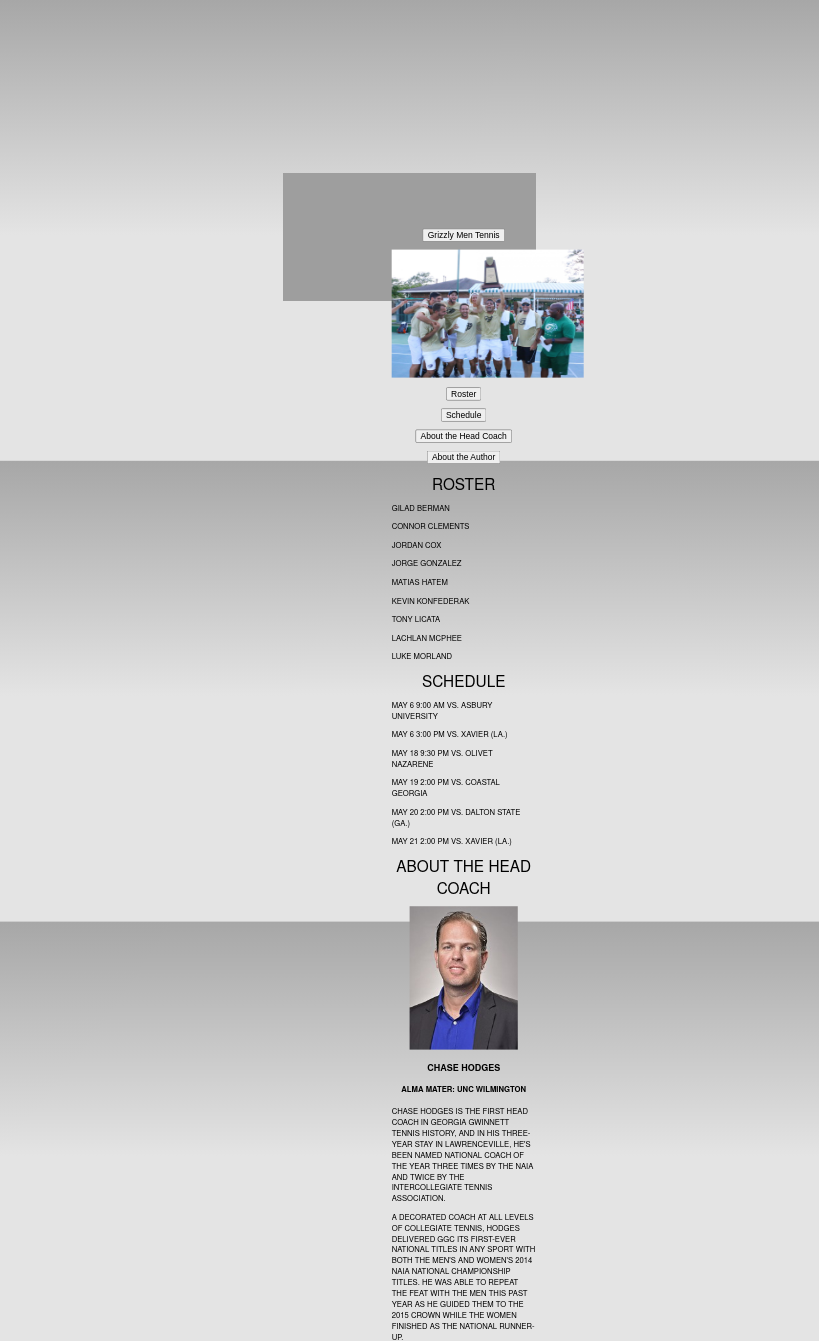
Repository: qtran3/itec4550
Page: EXAM1/TennisAppWebView/index.html
These files come from the project's save history. The page is drawn as it stood at one moment and after the next save; the edit follows.
The browser window is 1280 px wide. The pictures show the whole page, at 64% of full size.
Pictures or frames that could not be fetched are drawn as grey boxes. Backgrounds fixed to the window are drawn as part of the page.

Above is the page before, as saved 2016-06-01 16:50:35.

### EXAM1/TennisAppWebView/index.html
<!DOCTYPE html>
<!--
    Licensed to the Apache Software Foundation (ASF) under one
    or more contributor license agreements.  See the NOTICE file
    distributed with this work for additional information
    regarding copyright ownership.  The ASF licenses this file
    to you under the Apache License, Version 2.0 (the
    "License"); you may not use this file except in compliance
    with the License.  You may obtain a copy of the License at

    http://www.apache.org/licenses/LICENSE-2.0

    Unless required by applicable law or agreed to in writing,
    software distributed under the License is distributed on an
    "AS IS" BASIS, WITHOUT WARRANTIES OR CONDITIONS OF ANY
     KIND, either express or implied.  See the License for the
    specific language governing permissions and limitations
    under the License.
-->
<html>
    <head>
        <!--
        Customize this policy to fit your own app's needs. For more guidance, see:
            https://github.com/apache/cordova-plugin-whitelist/blob/master/README.md#content-security-policy
        Some notes:
            * gap: is required only on iOS (when using UIWebView) and is needed for JS->native communication
            * https://ssl.gstatic.com is required only on Android and is needed for TalkBack to function properly
            * Disables use of inline scripts in order to mitigate risk of XSS vulnerabilities. To change this:
                * Enable inline JS: add 'unsafe-inline' to default-src
        -->
        <meta http-equiv="Content-Security-Policy" content="default-src 'self' data: gap: https://ssl.gstatic.com 'unsafe-eval'; style-src 'self' 'unsafe-inline'; media-src *">
        <meta name="format-detection" content="telephone=no">
        <meta name="msapplication-tap-highlight" content="no">
        <meta name="viewport" content="user-scalable=no, initial-scale=1, maximum-scale=1, minimum-scale=1, width=device-width">
        <link rel="stylesheet" type="text/css" href="css/index.css">
        <title>Grizzly Men Tennis</title>
    </head>
    <body>
        <div class="app">
        	<div id="mainPage" align="center">
            	<p> <button id="homePagebuutton">Grizzly Men Tennis</button></p>
				<p>
				  <img src="img/Tennis-10.jpg" height="200px" width="300px" />
				</p>
				<p>
					<button id="rosterButton">Roster</button>
				</p>
				<p>
					<button id="scheduleButton">Schedule</button>
				</p>
				<p>
					<button id="coachButton">About the Head Coach</button>
				</p>
				<p>
					<button id="authorButton">About the Author</button>
				</p>
			</div>

			<div id="rosterPage">
				<h1 align="center">Roster</h1>
				<div align="left">
					<p>Gilad Berman</p>
					<p>Connor Clements</p>
					<p>Jordan Cox</p>
					<p>Jorge Gonzalez</p>
					<p>Matias Hatem</p>
					<p>Kevin Konfederak</p>
					<p>Tony Licata</p>
					<p>Lachlan McPhee</p>
					<p>Luke Morland</p>
				</div>

				<div id="schedulePage">
					<h1 align="center"> Schedule</h1>
					<div align="left">
						<p>May  6 9:00 AM	 vs. Asbury University</p>
						<p>May  6 3:00 PM	 vs. Xavier (La.)</p>
						<p>May 18 9:30 PM	 vs. Olivet Nazarene </p>
						<p>May 19 2:00 PM	 vs. Coastal Georgia</p>
						<p>May 20 2:00 PM	 vs. Dalton State (Ga.)</p>
						<p>May 21 2:00 PM	 vs. Xavier (La.)</p>
					</div>
				</div>

				<div id="coachPage">
					<h1 align="center">About the Head Coach</h1>
					<p>
						<img src="img/chase_hodges_1142_mtn.jpg"/>
					</p>
					<h3 align="center">Chase Hodges</h3>
					<h4 align="center">ALMA MATER: UNC WILMINGTON</h4>
					<p align="left">	Chase Hodges is the first head coach in Georgia Gwinnett tennis history, and in his three-year stay in Lawrenceville, he's been named national coach of the year three times by the NAIA and twice by the Intercollegiate Tennis Association. </p>
					<p align="left">	A decorated coach at all levels of collegiate tennis, Hodges delivered GGC its first-ever national titles in any sport with both the Men's and Women's 2014 NAIA National Championship titles. He was able to repeat the feat with the men this past year as he guided them to the 2015 crown while the women finished as the national runner-up.</p>
				</div>


            </div>

        </div>

<!--
        <script type="text/javascript" src="cordova.js"></script>
-->
        <script type="text/javascript" src="js/index.js"></script>
    </body>
</html>

### EXAM1/TennisAppWebView/css/index.css
/*
 * Licensed to the Apache Software Foundation (ASF) under one
 * or more contributor license agreements.  See the NOTICE file
 * distributed with this work for additional information
 * regarding copyright ownership.  The ASF licenses this file
 * to you under the Apache License, Version 2.0 (the
 * "License"); you may not use this file except in compliance
 * with the License.  You may obtain a copy of the License at
 *
 * http://www.apache.org/licenses/LICENSE-2.0
 *
 * Unless required by applicable law or agreed to in writing,
 * software distributed under the License is distributed on an
 * "AS IS" BASIS, WITHOUT WARRANTIES OR CONDITIONS OF ANY
 * KIND, either express or implied.  See the License for the
 * specific language governing permissions and limitations
 * under the License.
 */
* {
    -webkit-tap-highlight-color: rgba(0,0,0,0); /* make transparent link selection, adjust last value opacity 0 to 1.0 */
}

body {
    -webkit-touch-callout: none;                /* prevent callout to copy image, etc when tap to hold */
    -webkit-text-size-adjust: none;             /* prevent webkit from resizing text to fit */
    -webkit-user-select: none;                  /* prevent copy paste, to allow, change 'none' to 'text' */
    background-color:#E4E4E4;
    background-image:linear-gradient(top, #A7A7A7 0%, #E4E4E4 51%);
    background-image:-webkit-linear-gradient(top, #A7A7A7 0%, #E4E4E4 51%);
    background-image:-ms-linear-gradient(top, #A7A7A7 0%, #E4E4E4 51%);
    background-image:-webkit-gradient(
        linear,
        left top,
        left bottom,
        color-stop(0, #A7A7A7),
        color-stop(0.51, #E4E4E4)
    );
    background-attachment:fixed;
    font-family:'HelveticaNeue-Light', 'HelveticaNeue', Helvetica, Arial, sans-serif;
    font-size:12px;
    height:100%;
    margin:0px;
    padding:0px;
    text-transform:uppercase;
    width:100%;
}

/* Portrait layout (default) */
.app {
    background:url(../img/logo.png) no-repeat center top; /* 170px x 200px */
    position:absolute;             /* position in the center of the screen */
    left:50%;
    top:50%;
    height:50px;                   /* text area height */
    width:225px;                   /* text area width */
    text-align:center;
    padding:180px 0px 0px 0px;     /* image height is 200px (bottom 20px are overlapped with text) */
    margin:-115px 0px 0px -112px;  /* offset vertical: half of image height and text area height */
                                   /* offset horizontal: half of text area width */
}

/* Landscape layout (with min-width) */
@media screen and (min-aspect-ratio: 1/1) and (min-width:400px) {
    .app {
        background-position:left center;
        padding:75px 0px 75px 170px;  /* padding-top + padding-bottom + text area = image height */
        margin:-90px 0px 0px -198px;  /* offset vertical: half of image height */
                                      /* offset horizontal: half of image width and text area width */
    }
}

h1 {
    font-size:24px;
    font-weight:normal;
    margin:0px;
    overflow:visible;
    padding:0px;
    text-align:center;
}

.event {
    border-radius:4px;
    -webkit-border-radius:4px;
    color:#FFFFFF;
    font-size:12px;
    margin:0px 30px;
    padding:2px 0px;
}

.event.listening {
    background-color:#333333;
    display:block;
}

.event.received {
    background-color:#4B946A;
    display:none;
}

@keyframes fade {
    from { opacity: 1.0; }
    50% { opacity: 0.4; }
    to { opacity: 1.0; }
}

@-webkit-keyframes fade {
    from { opacity: 1.0; }
    50% { opacity: 0.4; }
    to { opacity: 1.0; }
}

.blink {
    animation:fade 3000ms infinite;
    -webkit-animation:fade 3000ms infinite;
}

Loaded but not shown: EXAM1/TennisAppWebView/js/index.js (common file)

After the next save:
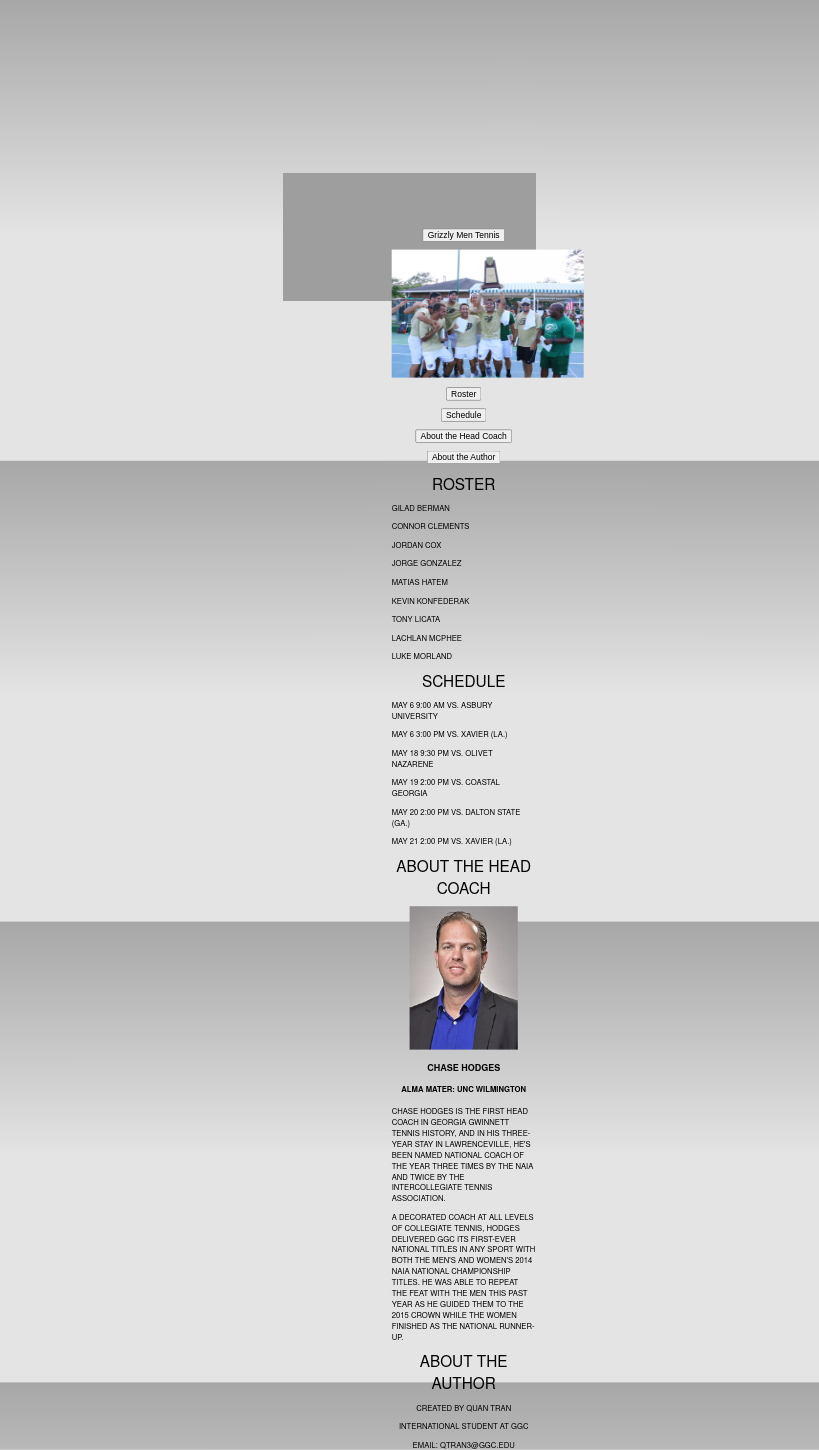
Saved 3 min 19 s later.
--- a/EXAM1/TennisAppWebView/index.html
+++ b/EXAM1/TennisAppWebView/index.html
@@ -93,6 +93,12 @@
 					<p align="left">	A decorated coach at all levels of collegiate tennis, Hodges delivered GGC its first-ever national titles in any sport with both the Men's and Women's 2014 NAIA National Championship titles. He was able to repeat the feat with the men this past year as he guided them to the 2015 crown while the women finished as the national runner-up.</p>
 				</div>
 
+				<div id="authorPage">
+					<h1 align="center">About the Author</h1>
+					<p>Created by Quan Tran</p>
+					<p>INTERNATIONAL STUDENT AT GGC</p>
+					<p>Email: qtran3@ggc.edu</p>
+				</div>
 
             </div>
 
